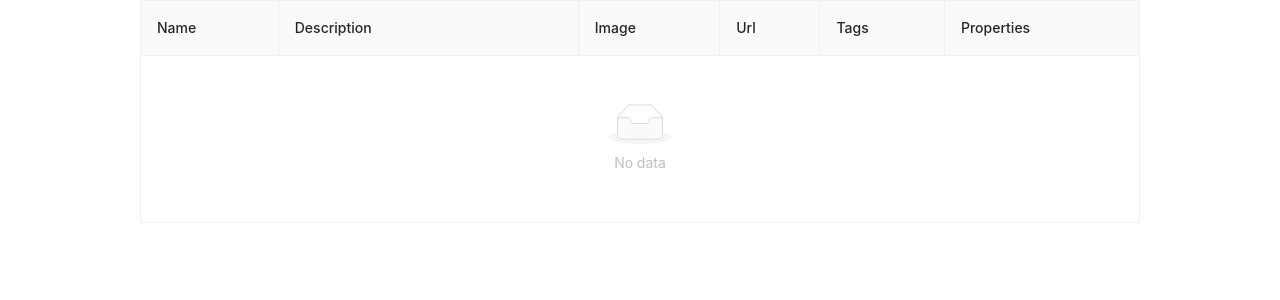
Repository: nitpfy/vote-applet
Page: / (app in table/)
These files come from the project's save history. The page is drawn as it stood at one moment and after the next save; the edit follows.
The browser window is 1280 px wide. The pictures show the whole page.
The page's requests for data from a server got no answer. The project was rebuilt for these pictures with package versions that can differ from the ones it lists, and the page was loaded fresh each time. No one was signed in, and anything a server would have sent is missing.

Above is the page before, as saved 2022-01-20 00:54:31.

### table/public/index.html
<!DOCTYPE html>
<html lang="en">
  <head>
    <meta charset="utf-8" />
    <meta name="viewport" content="width=device-width, initial-scale=1" />
    <meta name="theme-color" content="#000000" />
    <meta
      name="description"
      content="Web site created using create-react-app"
    />

    <title>Table</title>
  </head>
  <body>
    <noscript>You need to enable JavaScript to run this app.</noscript>
    <div id="root"></div>
  </body>
</html>

### table/src/App.js
import React, { memo, useEffect, useState } from 'react';
import 'antd/dist/antd.css';
import { Table, Tag, Space, Modal, Button, Tooltip } from 'antd';
import {useAxios} from './hooks'

const Cpn = (props) => {
  const [isModalVisible, setIsModalVisible] = useState(false);

  const showModal = () => {
    setIsModalVisible(true);
  };

  const handleOk = () => {
    setIsModalVisible(false);
  };

  const handleCancel = () => {
    setIsModalVisible(false);
  };
  return (
    <>
      <Button type="primary" onClick={showModal}>
        {props.text}
      </Button>
      <Modal title="Basic Modal" visible={isModalVisible} onOk={handleOk} onCancel={handleCancel}>
        <p>Some contents...</p>
        <p>Some contents...</p>
        <p>Some contents...</p>
      </Modal>
    </>
  );
};

export default memo(function App() {
  const {data,loading,error} = useAxios({url:'http://www.mocky.io/v2/5ea28891310000358f1ef182'})
  const [datas, setdatas] = useState()
  useEffect(()=>{
    setdatas(data?.apis.map((it,idx)=>({...it,key:idx})))
  },[data])
  if(loading) return loading
  if(error) console.log('error:',error);

  console.log('datas:',datas);
  const columns = [
    {
      title: 'Name',
      dataIndex: 'name',
      key: 'name',
      sticky:'true'
    },
    {
      title: 'Description',
      dataIndex: 'description',
      key: 'description',
      width:'300px',
      sticky:'true',
      render: text => <Tooltip placement="topLeft" title={text}>{text}</Tooltip>,
      onCell: () => {
        return {
          style: {
            maxWidth: 300,
            overflow: 'hidden',
            whiteSpace: 'nowrap',
            textOverflow: 'ellipsis'
          }
        }
      },
    },
    {
      title: 'Image',
      dataIndex: 'image',
      key: 'image',
      sticky:'true',
      render: img => <img src={img} alt='null'></img>,
    },
    {
      title: 'Url',
      dataIndex: 'baseURL',
      key: 'url',
      sticky:'true',
      render: url => <a href={url}>{url}</a>,
    },
    {
      title: 'Tags',
      key: 'tags',
      dataIndex: 'tags',
      sticky:'true',
      render: tags => (
        <>
          {tags.map(tag => {
            let color = tag.length > 5 ? 'geekblue' : 'green';
            return (
              <Tag color={color} key={tag}>
                {tag.toUpperCase()}
              </Tag>
            );
          })}
        </>
      ),
    },
    {
      title: 'Properties',
      key: 'properties',
      dataIndex: 'properties',
      sticky:'true',
      render: (text, record) => (
        <button></button>
      ),
    },
  ];
  return (
  <div style={{width:'1000px',margin:'auto'}}>
    <Table columns={columns} dataSource={datas} bordered='true'/>
  </div>
  );
});

### table/src/hooks.js
import React, { memo, useEffect,useState } from 'react';
import axios from 'axios';

export function useAxios(config){
  const [data, setdata] = useState()
  const [loading, setloading] = useState(true)
  const [error, seterror] = useState()
  const [i, setI] = useState(0)
  useEffect(() => {
    const CancelToken = axios.CancelToken
    const source = CancelToken.source()
    var req = axios({
      ...config,
      cancelToken: source.token,
    })
    req.then(res=>{
      setdata(res.data)
      setloading(false)
    }).catch(e=>{
      seterror('400:',e.toString())
      setloading(false)
    })
    return () => source.cancel()
  }, [config.url,i])
  function update(){
    setI(i+1)
  }
  return {data,loading,error,update}
}

Loaded but not shown: table/src/index.js (common file)

After the next save:
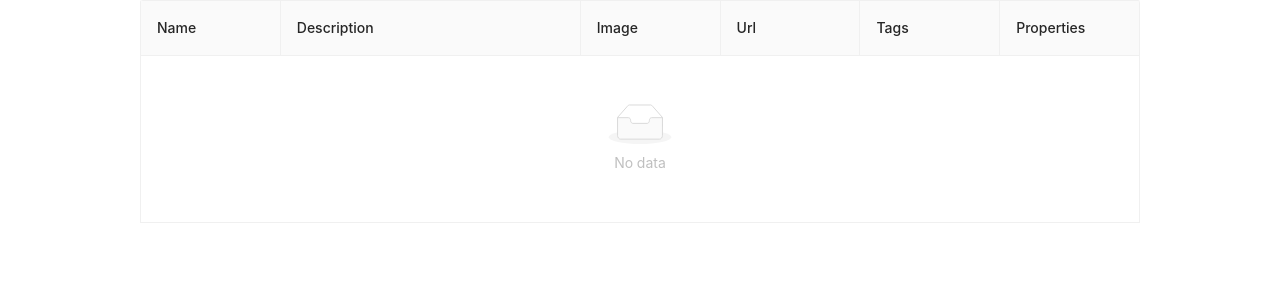
Saved 81 s later.
--- a/table/src/App.js
+++ b/table/src/App.js
@@ -110,7 +110,7 @@ export default memo(function App() {
   ];
   return (
   <div style={{width:'1000px',margin:'auto'}}>
-    <Table columns={columns} dataSource={datas} bordered='true'/>
+    <Table columns={columns} dataSource={datas} bordered='true' scroll={{ y: 'max-content' }}/>
   </div>
   );
 });
